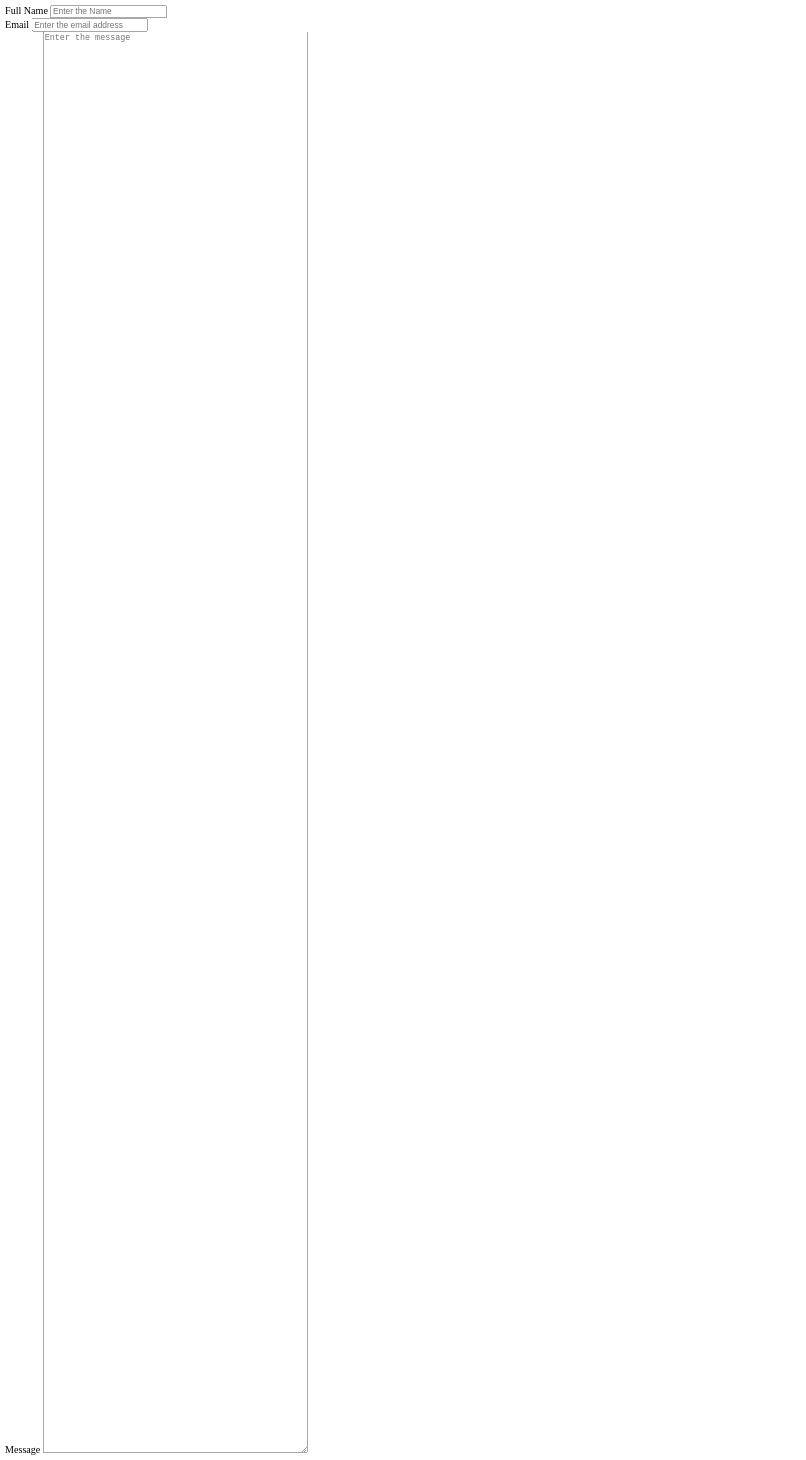
Repository: Shivamkr522/Contact_Us_Page
Page: http://localhost/ContactUs/index.jsp
An editor plug-in stored every save of this project. The page is shown before and after the next save, followed by the edit.
The browser window is 1280 px wide. The pictures show the whole page, at 63% of full size.
The page is served by Tomcat 9. Other server files are loaded and not shown.

Above is the page before, as saved 2022-12-07 06:26:49.

### ContactUs/src/main/webapp/index.jsp
<%@ page language="java" contentType="text/html; charset=UTF-8"
    pageEncoding="UTF-8"%>
<!DOCTYPE html>
<html>
<head>
<meta charset="UTF-8">
<title>Insert title here</title>
</head>
<body>
	<div>
		<form action="">
			<div>
				<label>Full Name</label>
				<input type="text" id="fullName" name="fullName" placeholder="Enter the Name">
			</div>
			<div>
				<label>Email</label>
				<input type="email" id="email" name="email" placeholder="Enter the email address">
			</div>
			<div>
				<label>Message</label>
				<textarea rows="150" cols="50" placeholder="Enter the message"></textarea>
			</div>
		</form>
	</div>
</body>
</html>

After the next save:
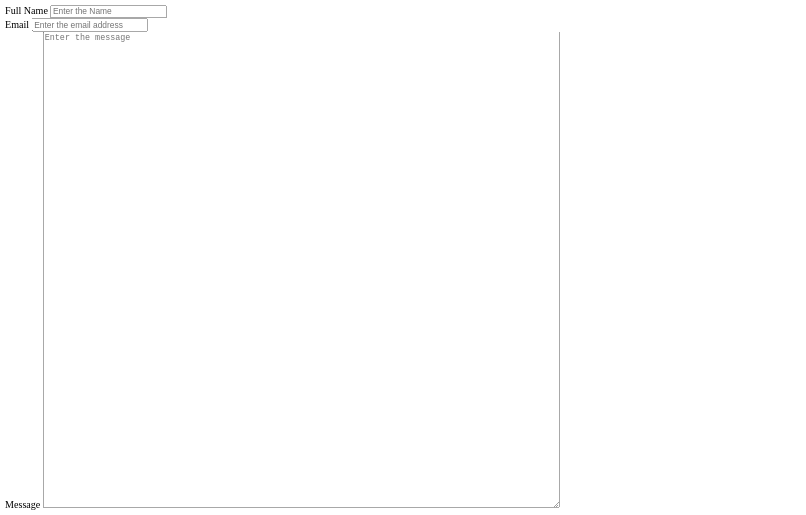
Saved 53 s later.
--- a/ContactUs/src/main/webapp/index.jsp
+++ b/ContactUs/src/main/webapp/index.jsp
@@ -19,7 +19,7 @@
 			</div>
 			<div>
 				<label>Message</label>
-				<textarea rows="150" cols="50" placeholder="Enter the message"></textarea>
+				<textarea rows="50" cols="100" placeholder="Enter the message"></textarea>
 			</div>
 		</form>
 	</div>
